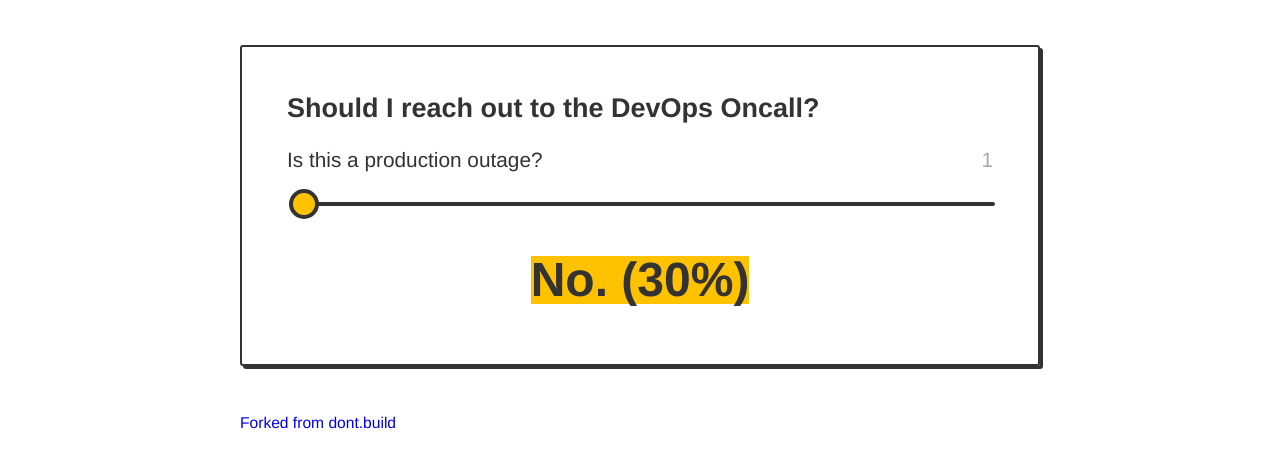
Repository: harishbsrinivas/dont.call
Page: index.html
An editor plug-in stored every save of this project. The page is shown before and after the next save, followed by the edit.
The browser window is 1280 px wide. The pictures show the whole page.

Above is the page before, as saved 2022-12-03 17:16:43.

After the next save:
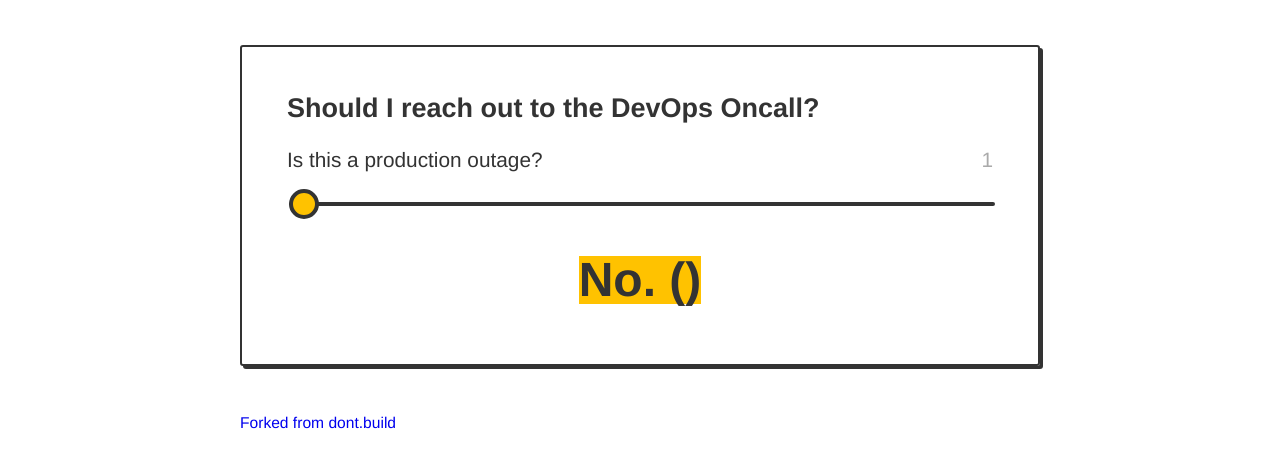
Saved 2 min 39 s later.
--- a/index.html
+++ b/index.html
@@ -66,7 +66,7 @@
                     }, 0);
 
                     // Display the results.
-                    document.querySelector(".answer .percent").innerText = `${(sum * 100).toFixed(0)}%`;
+                    // document.querySelector(".answer .percent").innerText = `${(sum * 100).toFixed(0)}%`;
 
                     let b = 'Yes';
                     if (sum < 0.5 && sum > 0.46) {
